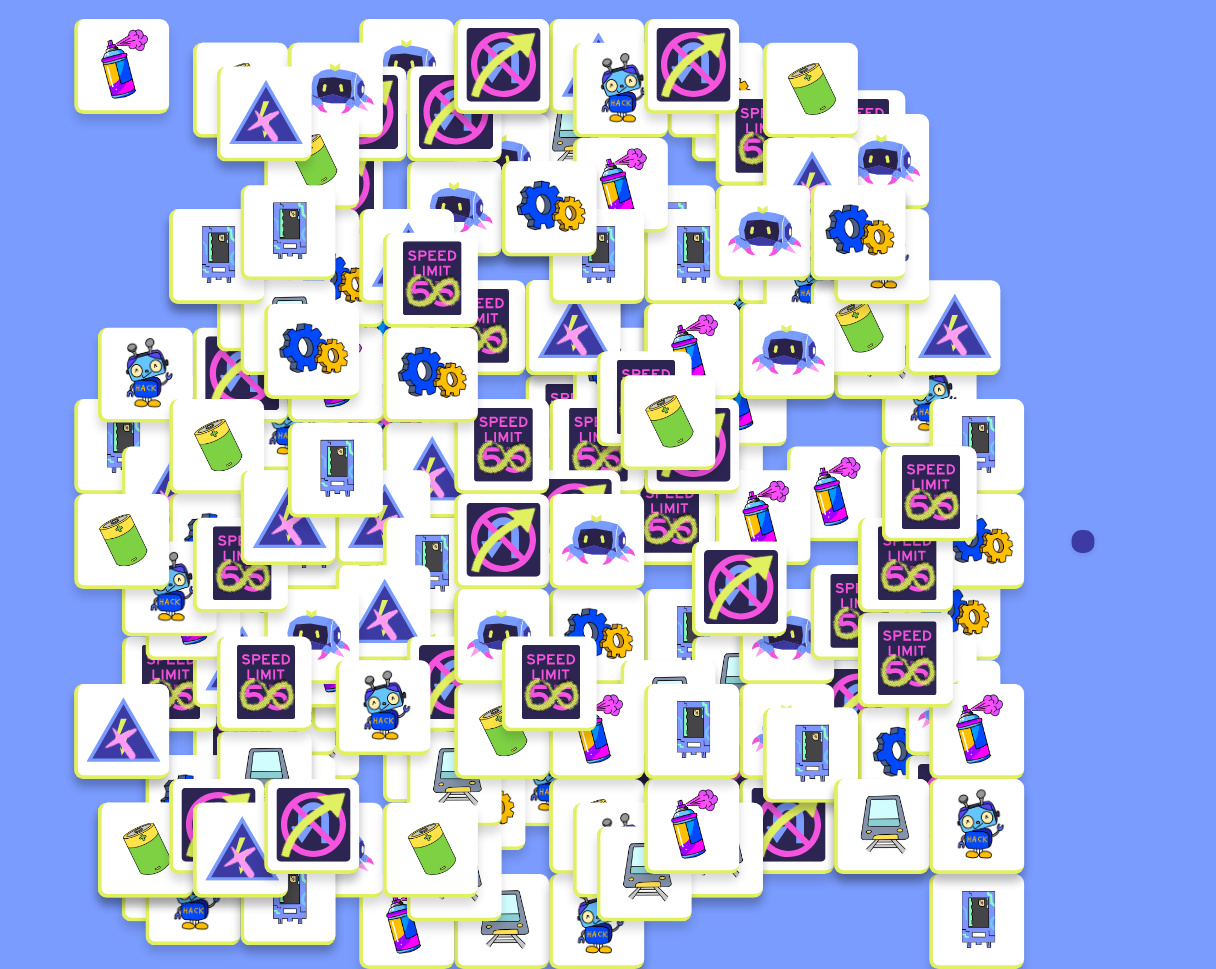
Repository: Avril-Cui/hack-puzzle
Page: / (app in client/)
The author's editor kept a copy of each file at every save. The page is drawn from the files as they stood at one save, then again after the next save.
The browser window is 1280 px wide. The pictures show the whole page, at 95% of full size.
The project was rebuilt for these pictures with package versions that can differ from the ones it lists, and the page was loaded fresh each time. The framework's server and built-in components were replaced by stand-ins that run in the browser. Also part of the build but not shown: client/next.config.ts.

Above is the page before, as saved 2025-06-11 19:48:17.

After the next save:
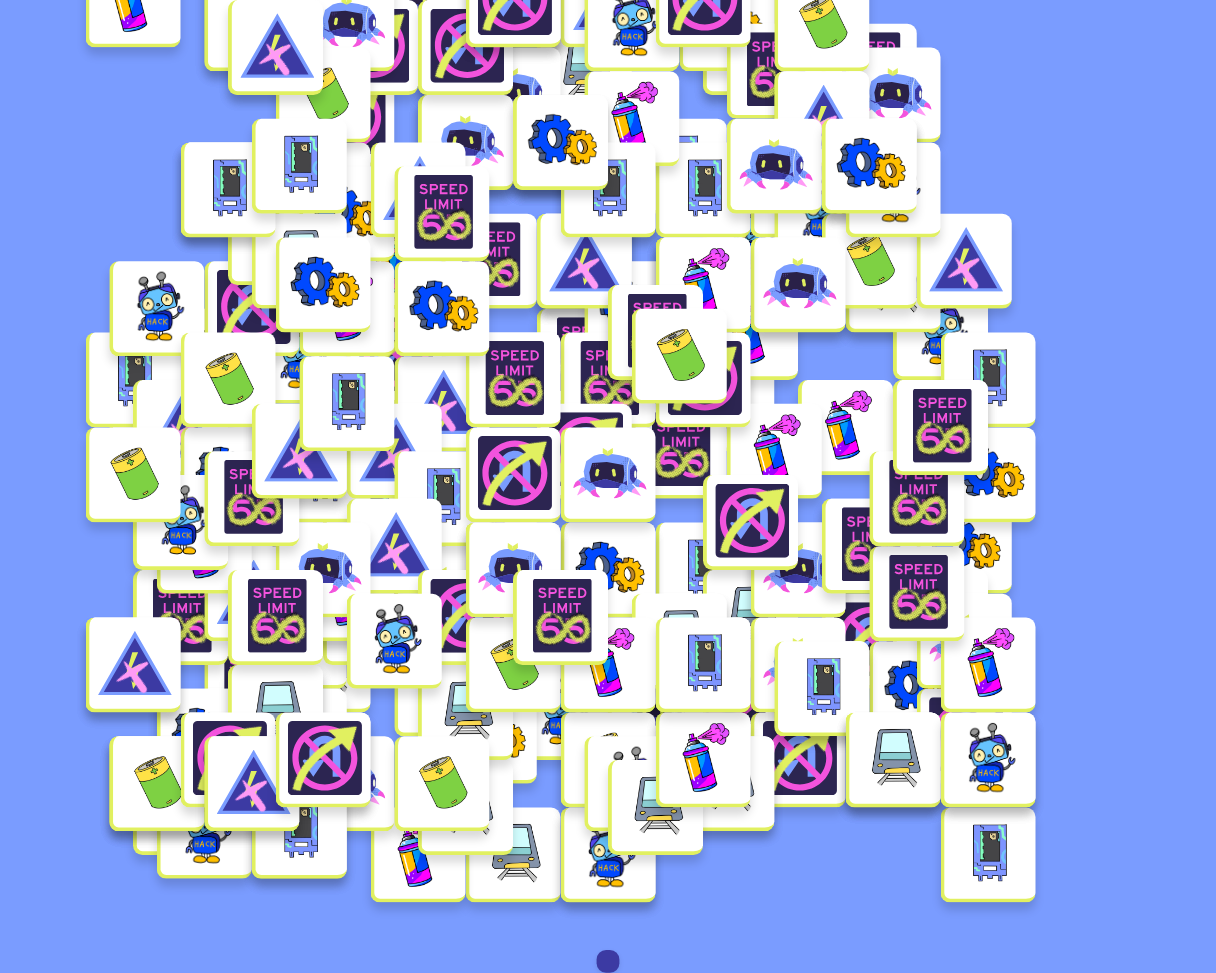
Saved 2 min 5 s later.
--- a/client/components/Game.module.css
+++ b/client/components/Game.module.css
@@ -1,10 +1,8 @@
 .gameContainer {
-  display: flex;
-  justify-content: center;
-  align-items: center;
-  height: 100vh;
-  margin-top: 10em;
-}
+    display: flex;
+    flex-direction: column; /* Stack children vertically */
+    align-items: center; /* Optional: center horizontally */
+  }
 
 .tileBoard {
   position: relative;
